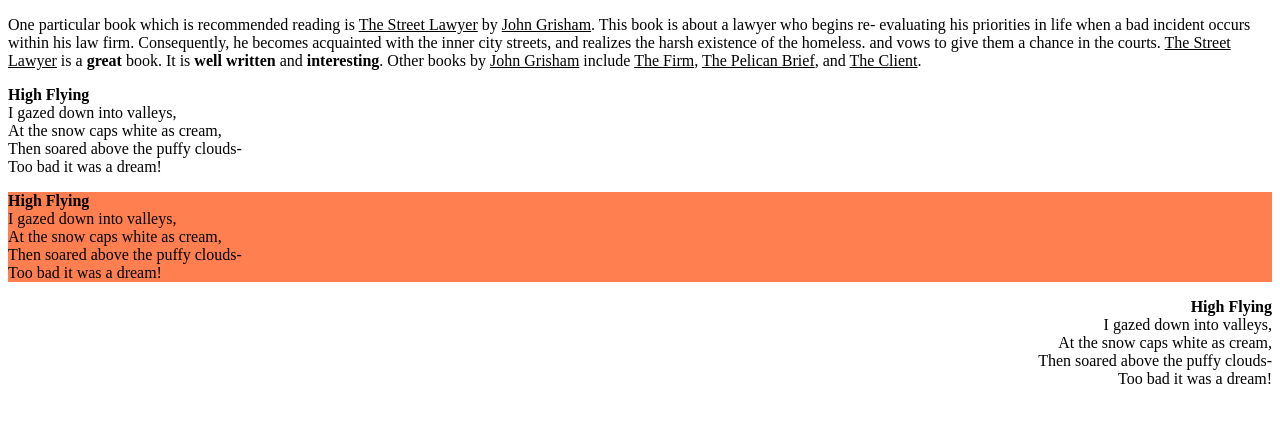
Repository: NguyenPhuSang21023391/HTCNWeb_T1-2
Page: TH_Tuan01/html/bai03.html
An editor plug-in stored every save of this project. The page is shown before and after the next save, followed by the edit.
The browser window is 1280 px wide. The pictures show the whole page.

Above is the page before, as saved 2023-02-19 16:20:27.

### TH_Tuan01/html/bai03.html
<!DOCTYPE html>
<html lang="en">
  <head>
    <meta charset="UTF-8" />
    <meta http-equiv="X-UA-Compatible" content="IE=edge" />
    <meta name="viewport" content="width=device-width, initial-scale=1.0" />
    <title>Document</title>
  </head>
  <body>
    <p>
      One particular book which is recommended reading is
      <u>The Street Lawyer</u> by <u>John Grisham</u>. This book is about a
      lawyer who begins re- evaluating his priorities in life when a bad
      incident occurs within his law firm. Consequently, he becomes acquainted
      with the inner city streets, and realizes the harsh existence of the
      homeless. and vows to give them a chance in the courts.
      <u>The Street Lawyer</u> is a <b>great</b> book. It is
      <b>well written</b> and <b>interesting</b>. Other books by
      <u>John Grisham</u> include <u>The Firm</u>, <u>The Pelican Brief</u>, and
      <u>The Client</u>.
    </p>

    <p style="text-align: left">
      <b>High Flying</b> <br />I gazed down into valleys, <br />At the snow caps
      white as cream,<br />Then soared above the puffy clouds- <br />Too bad it
      was a dream!
    </p>

    <p style=background-color:coral;" style= "text-align: center">
      <b>High Flying</b> <br />I gazed down into valleys, <br />At the snow caps
      white as cream,<br />Then soared above the puffy clouds- <br />Too bad it
      was a dream!
    </p>

    <p style="text-align: right">
      <b>High Flying</b> <br />I gazed down into valleys, <br />At the snow caps
      white as cream,<br />Then soared above the puffy clouds- <br />Too bad it
      was a dream!
    </p>
  </body>
</html>

After the next save:
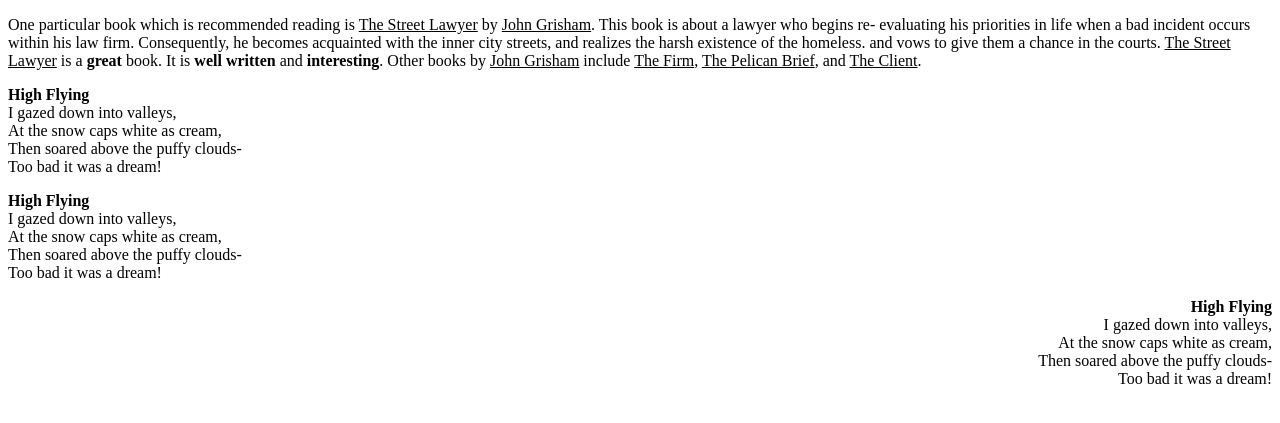
Saved 30 s later.
--- a/TH_Tuan01/html/bai03.html
+++ b/TH_Tuan01/html/bai03.html
@@ -26,7 +26,7 @@
       was a dream!
     </p>
 
-    <p style=background-color:coral;" style= "text-align: center">
+    <p style=background-color:rgb(255, 191, 15);" style= "text-align: center">
       <b>High Flying</b> <br />I gazed down into valleys, <br />At the snow caps
       white as cream,<br />Then soared above the puffy clouds- <br />Too bad it
       was a dream!
